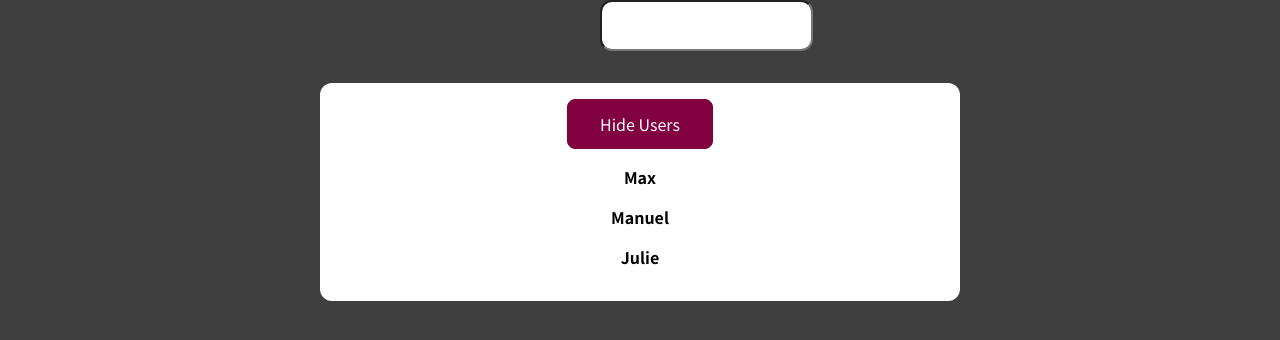
Repository: prathmeshgodbole/React-Class-Based
Page: /
An editor plug-in stored every save of this project. The page is shown before and after a run of saves, followed by the edit.
The browser window is 1280 px wide. The pictures show the whole page.
The project was rebuilt for these pictures with package versions that can differ from the ones it lists, and the page was loaded fresh each time.

Above is the page before, as saved 2021-07-15 15:25:39.

### src/App.js
import UserFinder from './components/UserFinder';
// import Users from './components/Users';

function App() {
  return (
    <div>
    <UserFinder/>
    </div>
  );
}

export default App;

### src/components/UserFinder.js
import { Fragment, useState, useEffect } from 'react';
import classes from './UserFinder.module.css'
import Users from './Users';

const DUMMY_USERS = [
  { id: "u1", name: "Max" },
  { id: "u2", name: "Manuel" },
  { id: "u3", name: "Julie" },
];

const UserFinder = () => {
  const [filteredUsers, setFilteredUsers] = useState(DUMMY_USERS);
  const [searchTerm, setSearchTerm] = useState('');

  useEffect(() => {
    setFilteredUsers(
      DUMMY_USERS.filter((user) => user.name.includes(searchTerm))
    );
  }, [searchTerm]);

  const searchChangeHandler = (event) => {
    setSearchTerm(event.target.value);
  };

  return (
    <Fragment >
      <input className={classes.finder} type='search' onChange={searchChangeHandler} />
      <Users users={filteredUsers} />
    </Fragment>
  );
};

export default UserFinder;

### src/components/UserFinder.module.css
.finder {
    margin-left: 45em;
    /* margin: 2rem auto; */
    background-color: white;
    padding: 1rem;
    border-radius: 12px;
    max-width: 40rem;
    text-align: center;
}

### src/components/Users.js
import { Component } from "react";
import User from "./User";

import classes from "./Users.module.css";


class Users extends Component {
  constructor() {
    super();
    this.state = {
      showUsers: true,
    };
  }

  toggleUsersHandler() {
    this.setState((curState) => {
      return{
        showUsers:!curState.showUsers
      };
    });
  }

  render() {
    const usersList = (
    <ul>
      {this.props.users.map((user) => (
        <User key={user.id} name={user.name} />
      ))}
    </ul>
  );
    return (
      <div className={classes.users}>
        <button onClick={this.toggleUsersHandler.bind(this)}>
          {this.state.showUsers ? "Hide" : "Show"} Users
        </button>
        {this.state.showUsers && usersList}
      </div>
    );
  }
}

// const Users = () => {
//   const [showUsers, setShowUsers] = useState(true);

//   const toggleUsersHandler = () => {
//     setShowUsers((curState) => !curState);
//   };

  // const usersList = (
  //   <ul>
  //     {DUMMY_USERS.map((user) => (
  //       <User key={user.id} name={user.name} />
  //     ))}
  //   </ul>
  // );

  // return (
  //   <div className={classes.users}>
  //     <button onClick={toggleUsersHandler}>
  //       {showUsers ? 'Hide' : 'Show'} Users
  //     </button>
  //     {showUsers && usersList}
  //   </div>
  // );
// };

export default Users;

### src/components/User.js
import React,{Component} from 'react';
import classes from './User.module.css';


class User extends Component{
  render(){
    return <li className={classes.user}>{this.props.name}</li>;
  }
}

// const User = (props) => {
//   return <li className={classes.user}>{props.name}</li>;
// };

export default User;

Loaded but not shown: public/index.html (common file); src/index.js (common file); src/index.css (common file); src/components/Users.module.css (common file); src/components/User.module.css (common file)

After the next 2 saves:
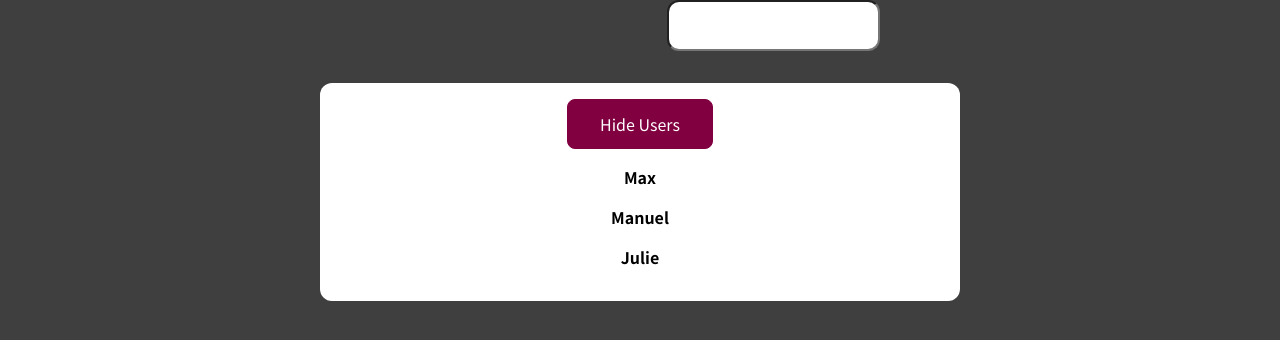
The 2 saves are shown as one change because they came seconds apart.
The last was saved 11 s later.
--- a/src/components/UserFinder.module.css
+++ b/src/components/UserFinder.module.css
@@ -1,5 +1,5 @@
 .finder {
-    margin-left: 45em;
+    margin-left: 50em;
     /* margin: 2rem auto; */
     background-color: white;
     padding: 1rem;
